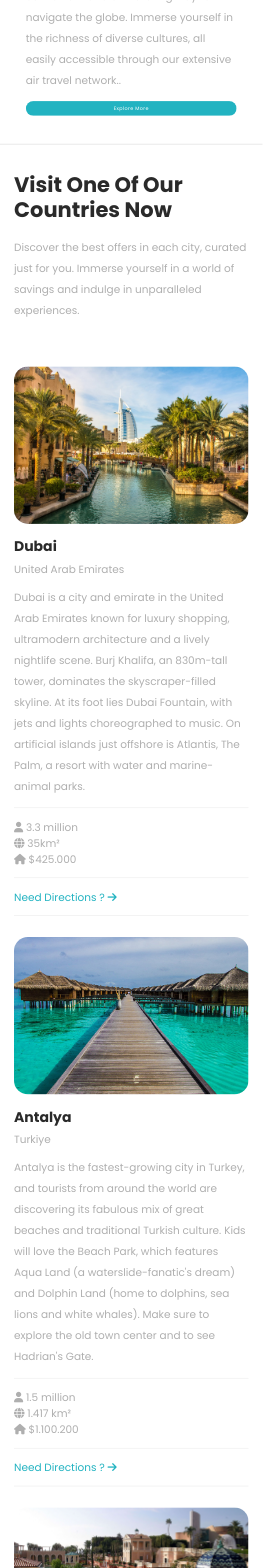
Repository: asadbekdev07/asadbekdev-zamontour-react
Page: /
The author's editor kept a copy of each file at every save. The page is drawn from the files as they stood at one save, then again after the next save.
The browser window is 375 px wide. The pictures show the part of the page from y = 3538 to 5778 px (the page is 7271 px tall before and 7254 px after), at 70% of full size.
The project was rebuilt for these pictures with package versions that can differ from the ones it lists, and the page was loaded fresh each time. Also part of the build but not shown: vite.config.js.

Above is the page before, as saved 2024-05-26 20:23:44.

After the next save:
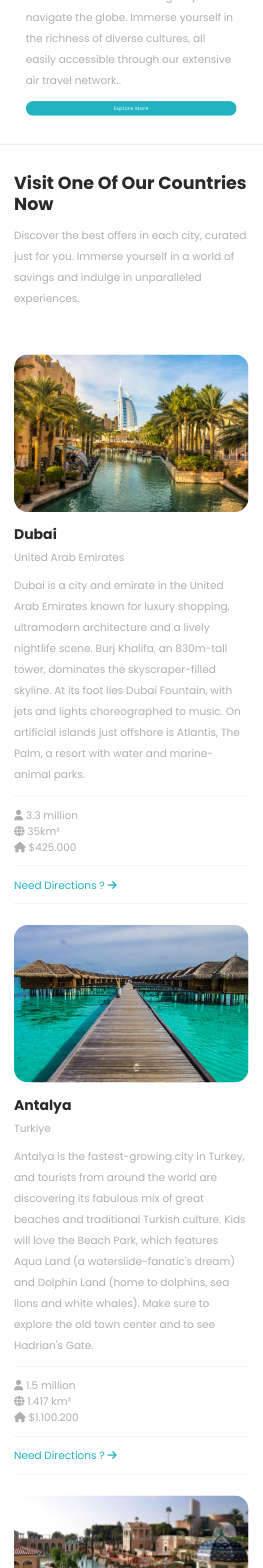
Saved 105 s later.
--- a/src/assets/styles/index.css
+++ b/src/assets/styles/index.css
@@ -1075,7 +1075,8 @@ select:-webkit-autofill:focus {
     padding-top: 60px;
   }
 
-  .destination__top-heading {
+  .destination__top-heading,
+  .visit__heading {
     font-size: 25px;
     line-height: 30px;
     margin-bottom: 15px;
